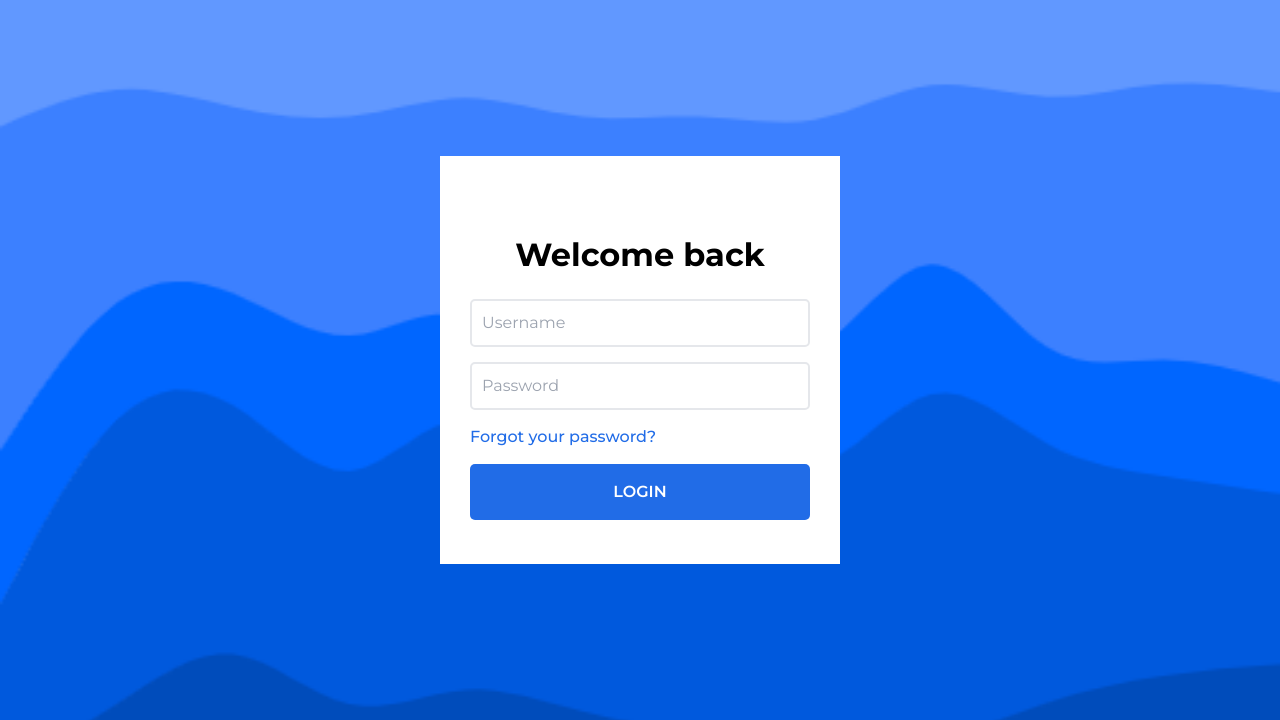
Repository: SatohJiro/CourseSale
Page: /
The author's editor kept a copy of each file at every save. The page is drawn from the files as they stood at one save, then again after the next save.
The browser window is 1280 px wide. The pictures show the whole page.
The project was rebuilt for these pictures with package versions that can differ from the ones it lists, and the page was loaded fresh each time. Also part of the build but not shown: src/pages/Home/index.js, src/pages/Courses/index.js, src/layout/DefaultLayout/DefaultLayout.module.scss, src/layout/components/Header/Header.module.scss, src/layout/components/Header/index.js, src/layout/components/Sidebar/Sidebar.module.scss, src/layout/components/Sidebar/index.js, src/layout/DefaultLayout/index.js.

Above is the page before, as saved 2022-12-05 11:13:27.

After the next save:
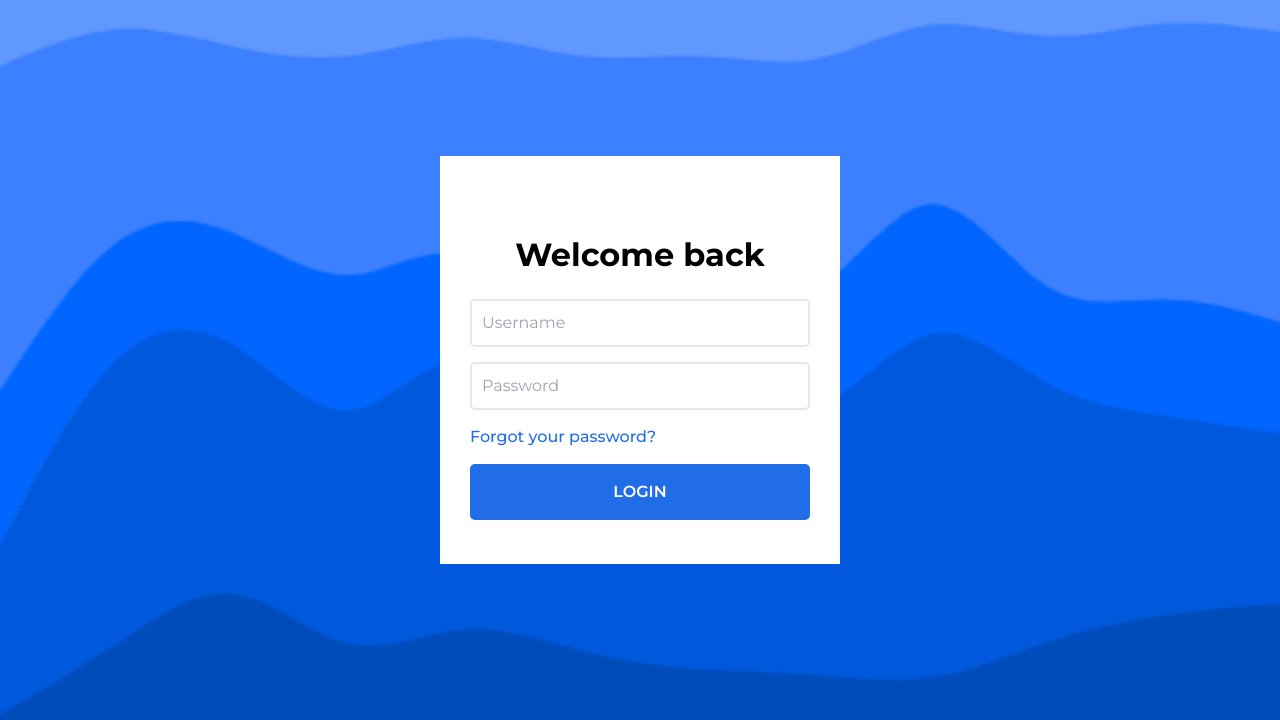
Saved 104 s later.
--- a/tailwind.config.js
+++ b/tailwind.config.js
@@ -9,7 +9,7 @@ module.exports = {
       backgroundImage: {
         login: "url('../assets/img/login/login.png')",
       },
-      keyframs: {
+      keyframes: {
         pan: {
           "100%": { backgroundPosition: "15% 50%" },
         },
